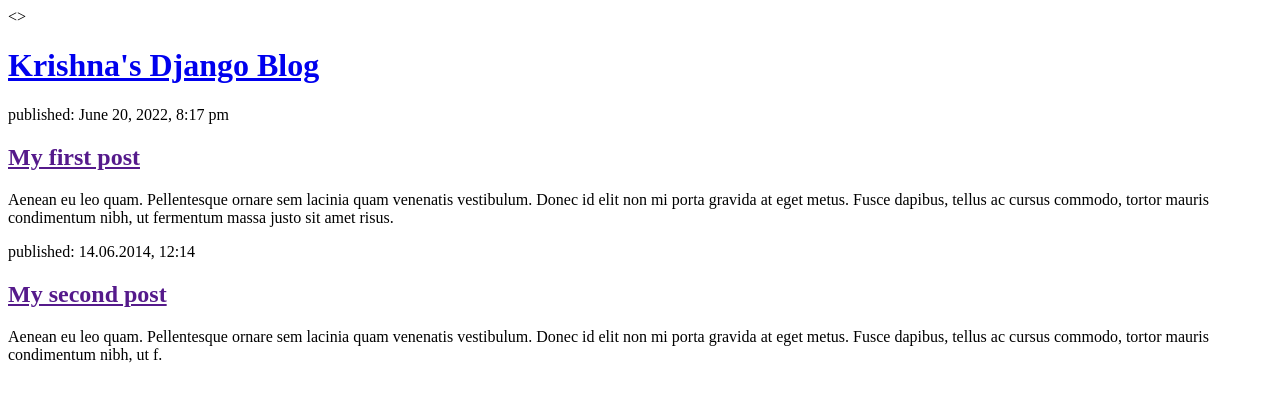
Repository: Krishna-bansall/django-blog
Page: blog/templates/blog/post_list.html
The author's editor kept a copy of each file at every save. The page is drawn from the files as they stood at one save, then again after the next save.
The browser window is 1280 px wide. The pictures show the whole page.
The page is served by the project's application, run on Django 3.2 (manage.py). The template is opened directly, without the code that normally fills it, so the values that code supplies are empty.

Above is the page before, as saved 2022-06-20 20:18:27.

After the next save:
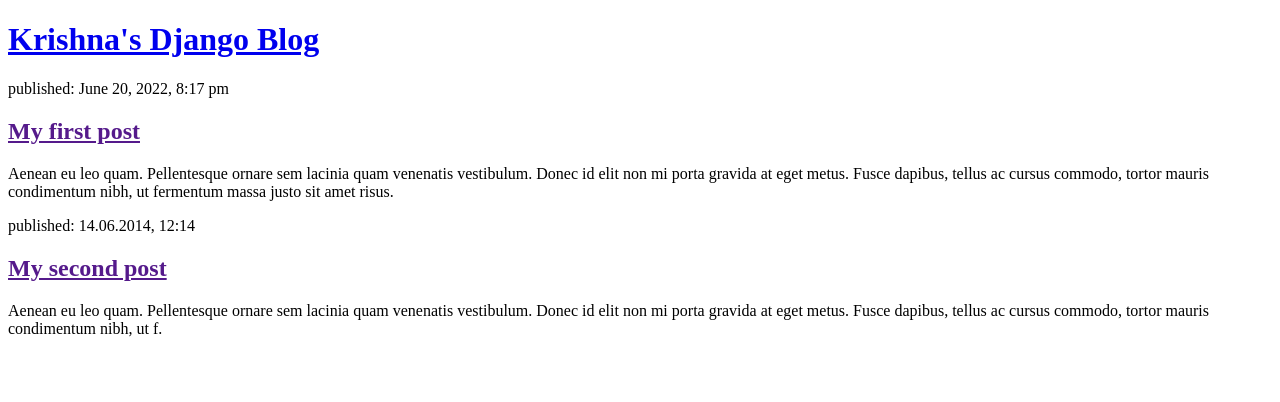
Saved 10 s later.
--- a/blog/templates/blog/post_list.html
+++ b/blog/templates/blog/post_list.html
@@ -6,22 +6,30 @@
 		<meta name="viewport" content="width=device-width, initial-scale=1.0" />
 		<title>Document</title>
 	</head>
-<>
+	<body>
+		<header>
+			<h1><a href="/">Krishna's Django Blog</a></h1>
+		</header>
 
-    <header>
-            <h1><a href="/">Krishna's Django Blog</a></h1>
-        </header>
+		<article>
+			<time>published: June 20, 2022, 8:17 pm</time>
+			<h2><a href="">My first post</a></h2>
+			<p>
+				Aenean eu leo quam. Pellentesque ornare sem lacinia quam venenatis
+				vestibulum. Donec id elit non mi porta gravida at eget metus. Fusce
+				dapibus, tellus ac cursus commodo, tortor mauris condimentum nibh, ut
+				fermentum massa justo sit amet risus.
+			</p>
+		</article>
 
-        <article>
-            <time>published: June 20, 2022, 8:17 pm</time>
-            <h2><a href="">My first post</a></h2>
-            <p>Aenean eu leo quam. Pellentesque ornare sem lacinia quam venenatis vestibulum. Donec id elit non mi porta gravida at eget metus. Fusce dapibus, tellus ac cursus commodo, tortor mauris condimentum nibh, ut fermentum massa justo sit amet risus.</p>
-        </article>
-
-        <article>
-            <time>published: 14.06.2014, 12:14</time>
-            <h2><a href="">My second post</a></h2>
-            <p>Aenean eu leo quam. Pellentesque ornare sem lacinia quam venenatis vestibulum. Donec id elit non mi porta gravida at eget metus. Fusce dapibus, tellus ac cursus commodo, tortor mauris condimentum nibh, ut f.</p>
-        </article>
+		<article>
+			<time>published: 14.06.2014, 12:14</time>
+			<h2><a href="">My second post</a></h2>
+			<p>
+				Aenean eu leo quam. Pellentesque ornare sem lacinia quam venenatis
+				vestibulum. Donec id elit non mi porta gravida at eget metus. Fusce
+				dapibus, tellus ac cursus commodo, tortor mauris condimentum nibh, ut f.
+			</p>
+		</article>
 	</body>
 </html>
